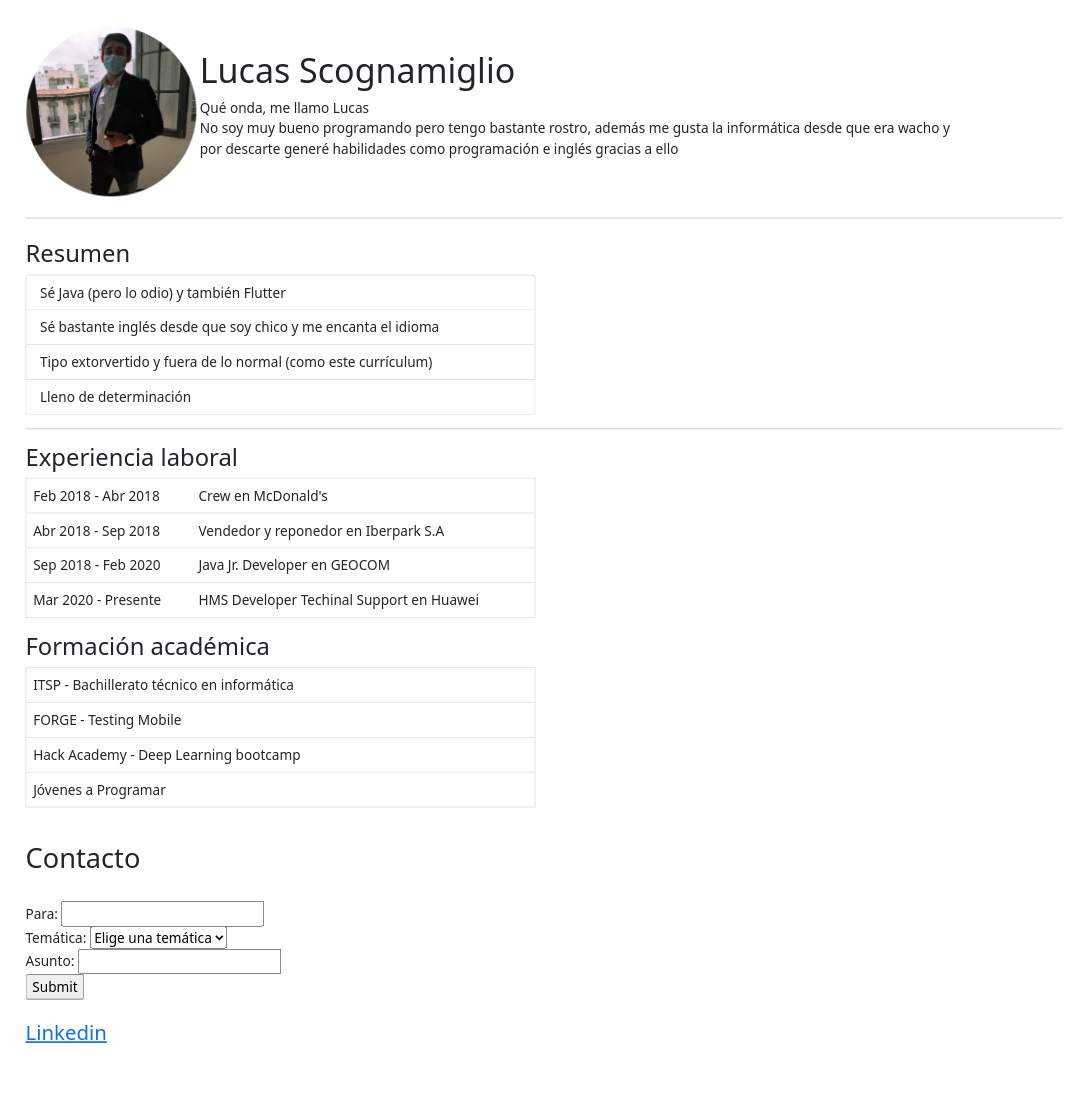
Repository: ScoggoDev/DesarrolloWeb
Page: tarea en equipo 1/cv.html
An editor plug-in stored every save of this project. The page is shown before and after a run of saves, followed by the edit.
The browser window is 1280 px wide. The pictures show the whole page, at 85% of full size.

Above is the page before, as saved 2021-07-12 10:04:07.

### tarea en equipo 1/cv.html
<!DOCTYPE html>
<html>
  <head>
    <meta charset="utf-8">
    <title>CV de Lucas</title>
    <link href="https://cdn.jsdelivr.net/npm/bootstrap@5.0.2/dist/css/bootstrap.min.css" rel="stylesheet" integrity="sha384-EVSTQN3/azprG1Anm3QDgpJLIm9Nao0Yz1ztcQTwFspd3yD65VohhpuuCOmLASjC" crossorigin="anonymous">
    <script src="https://cdn.jsdelivr.net/npm/bootstrap@5.0.2/dist/js/bootstrap.bundle.min.js" integrity="sha384-MrcW6ZMFYlzcLA8Nl+NtUVF0sA7MsXsP1UyJoMp4YLEuNSfAP+JcXn/tWtIaxVXM" crossorigin="anonymous"></script>
  </head>
  <body style="margin: 30px;">
    <table >
      <td><img src="circle-cropped.png" alt="Lucas Scognamiglio" width="200" height="200"></td>
      <td>           </td>
      <td>    <h1>Lucas Scognamiglio</h1>
          <p>Qué onda, me llamo Lucas<br> No soy muy bueno programando pero tengo bastante rostro, además me gusta la informática desde que era wacho y <br>por descarte generé habilidades como programación e inglés gracias a ello <br> </p></td>
    </table>

    <hr class="my-4">
    <h3>Resumen</h3>
    <div style="width: 600px; ">
        <ul class="list-group">
            <li class="list-group-item">Sé Java (pero lo odio) y también Flutter</li>
            <li class="list-group-item">Sé bastante inglés desde que soy chico y me encanta el idioma</li>
            <li class="list-group-item">Tipo extorvertido y fuera de lo normal (como este currículum)</li>
            <li class="list-group-item">Lleno de determinación</li>
          </ul>
    </div>

    <hr>
    <h3>Experiencia laboral</h3>
    <table border="1" class="table" style="width: 600px;">
      <tr>
        <td>Feb 2018 - Abr 2018</td>
        <td>Crew en McDonald's</td>
      </tr>
      <tr>
        <td>Abr 2018 - Sep 2018</td>
        <td>Vendedor y reponedor en Iberpark S.A</td>
      </tr>
      <tr>
        <td>Sep 2018 - Feb 2020</td>
        <td>Java Jr. Developer en GEOCOM</td>
      </tr>
      <tr>
        <td>Mar 2020 - Presente</td>
        <td>HMS Developer Techinal Support en Huawei</td>
      </tr>
    </table>

    <h3>Formación académica</h3>
    <table border="1" class="table" style="width: 600px;">
      <tr>
        <td>ITSP - Bachillerato técnico en informática</td>
      </tr>
      <tr>
        <td>FORGE - Testing Mobile</td>
      </tr>
      <tr>
        <td>Hack Academy - Deep Learning bootcamp</td>
      </tr>
      <tr>
        <td>Jóvenes a Programar</td>
      </tr>
    </table>
    <br>
    <h2>Contacto</h2>
    <br>
    <form action="/action_page.php">
      <label for="fname">Para:</label>
      <input type="text" id="fname" name="fname"><br>

      <label for="food">Temática: </label>
      <select name="select" >
          <option value="" selected disabled hidden>Elige una temática</option>
          <option>Consulta</option>
          <option>Propuesta</option>
          <option>Reporte</option>
          <option>Otro</option>

      </select> <br>
      <label for="lname">Asunto:</label>
      <input type="text" id="lname" name="lname"><br>
      <input type="submit" value="Submit">
    </form>
    <br>
    <h4><a href="linkedin.com/in/lucas-scognamiglio-71b154162/">Linkedin</a></h4>
    <br>
  </body>
</html>

After the next 2 saves:
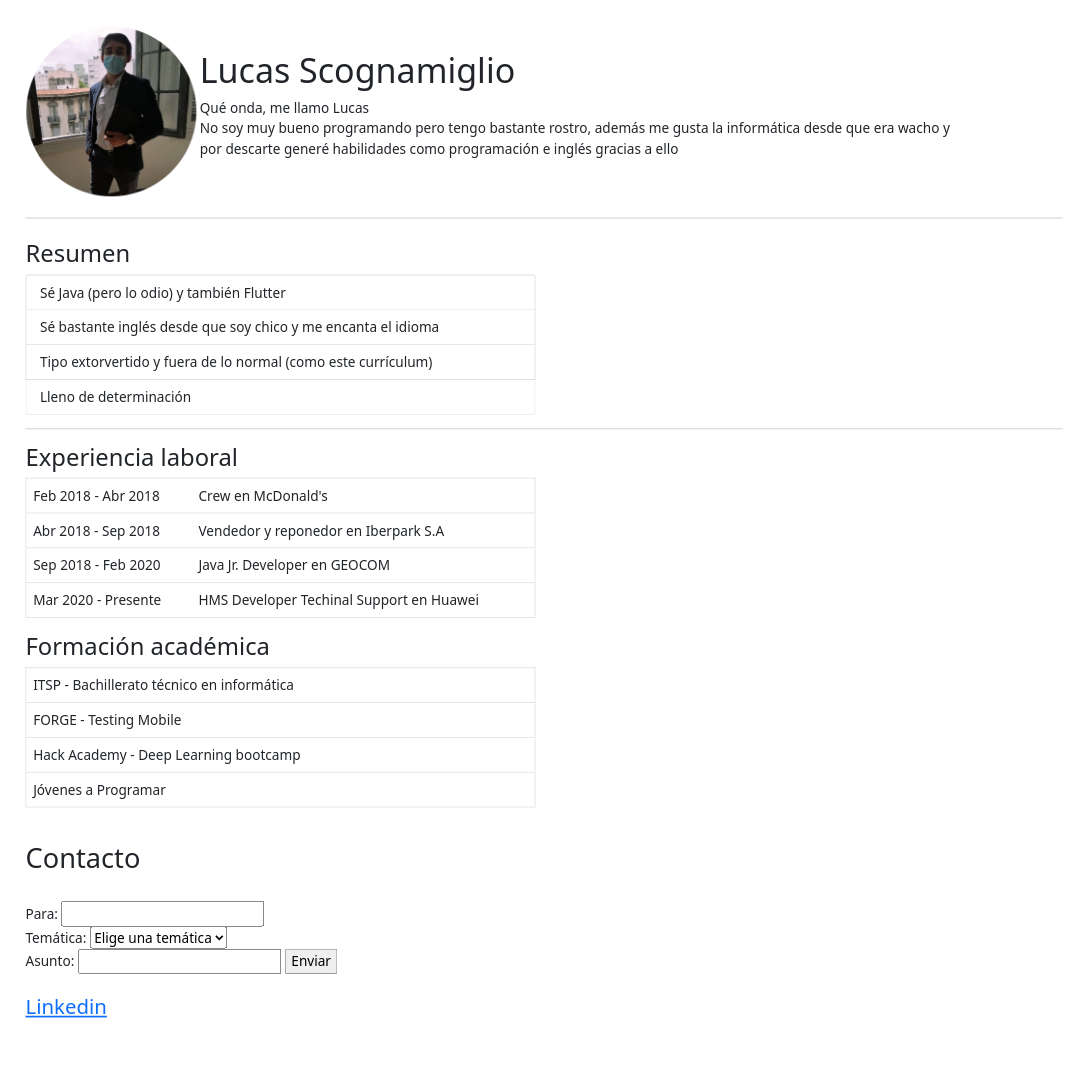
The 2 saves are shown as one change because they came seconds apart.
The last was saved 31 s later.
--- a/tarea en equipo 1/cv.html
+++ b/tarea en equipo 1/cv.html
@@ -78,8 +78,8 @@
 
       </select> <br>
       <label for="lname">Asunto:</label>
-      <input type="text" id="lname" name="lname"><br>
-      <input type="submit" value="Submit">
+      <input type="text" id="lname" name="lname">
+      <input type="submit" value="Enviar">
     </form>
     <br>
     <h4><a href="linkedin.com/in/lucas-scognamiglio-71b154162/">Linkedin</a></h4>
